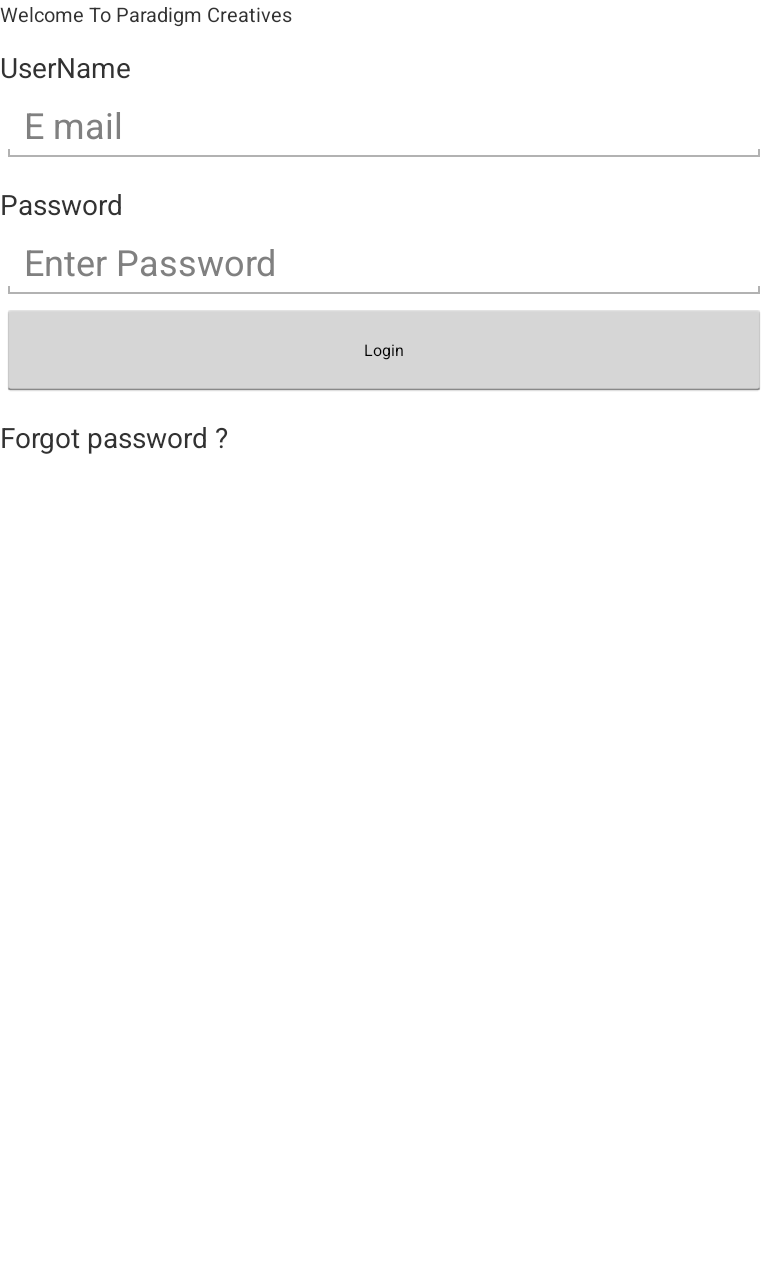
Repository: harishkumar93/harish_AndroidTraining2014
Layout: Exam/WeatherReport/res/layout/login.xml
An editor plug-in stored every save of this project. The layout is shown before and after the next save, followed by the edit.
It is drawn on a 768 x 1280 px phone screen (xhdpi) without system bars, with theme AppTheme; the app's code is not run.

Above is the layout before, as saved 2014-10-06 09:56:25.

After the next save:
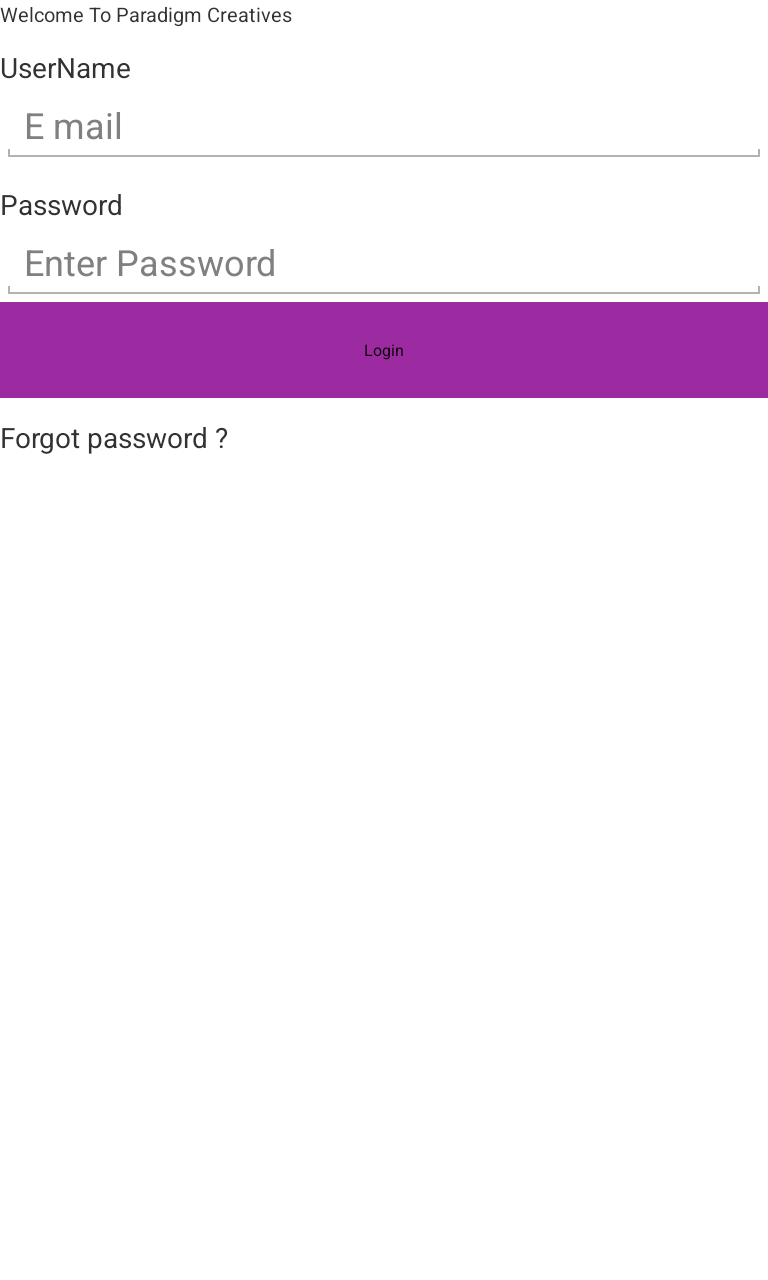
Saved 2 min 22 s later.
--- a/Exam/WeatherReport/res/layout/login.xml
+++ b/Exam/WeatherReport/res/layout/login.xml
@@ -33,6 +33,7 @@
         android:layout_height="wrap_content"
         android:id="@+id/login_btn"
         android:text="@string/login_txt"
+        android:background="#9C2AA0"
         android:textSize="8dp"/>
 
     <TextView android:layout_width="wrap_content"
